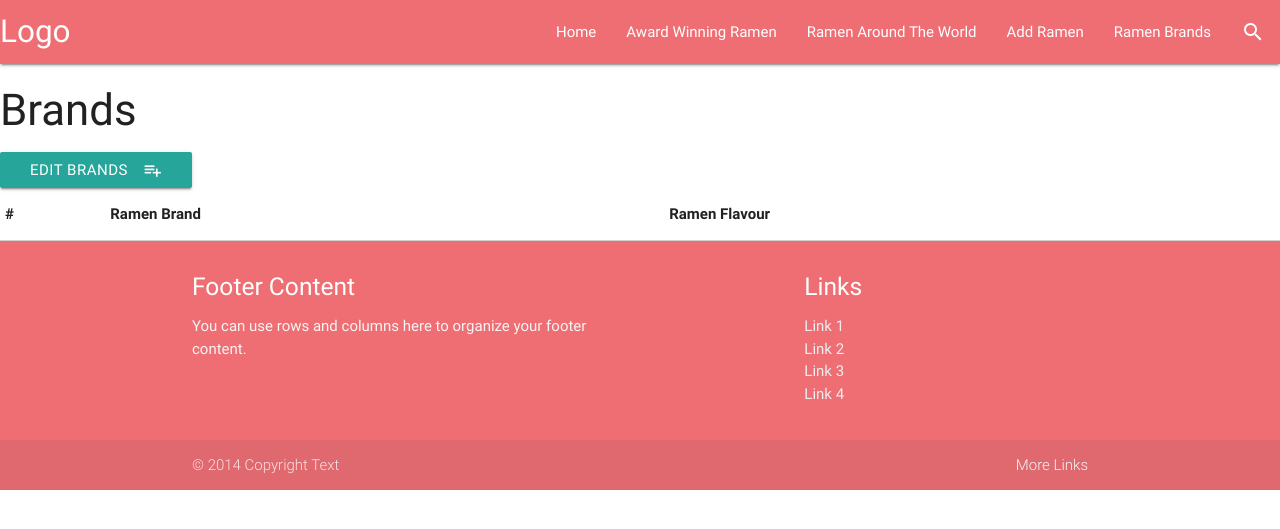
Repository: Paddlepop25/codeinstitute-insta-ramen
Page: templates/brands.html
The author's editor kept a record of every edit. The page is drawn from the files as they stood at one moment, then again after the next edit.
The browser window is 1280 px wide. The pictures show the whole page.
Some web libraries are served in a nearby version. The template is drawn by Flask 3. The application's start-up code is not run. Other server files are loaded and not shown. The template is opened directly, without the code that normally fills it, so the values that code supplies are empty.

Above is the page before.

### templates/brands.html
{% extends 'index.html'%} {% block content %}

<h3>Brands</h3>

<table>
  <thead>
    <th>#</th>
    <th>Ramen Brand</th>
    <th>Ramen Flavour</th>
    {% for brand in brands %}
    <tr>
      <td>{{ brand.Brand }}</td>
    </tr>
      {%- endfor %}

        <button class="btn waves-effect waves-light" type="submit" name="action">Edit Brands
        <i class="material-icons right">playlist_add</i>
      </button>

  </thead>
</table>
{% endblock %}

### templates/index.html
<!DOCTYPE html>
<html>

<head>
  <link href="https://fonts.googleapis.com/icon?family=Material+Icons" rel="stylesheet">
  <link rel="stylesheet" href="https://cdnjs.cloudflare.com/ajax/libs/materialize/0.100.2/css/materialize.min.css">
</head>

<body>
  <header>
    <nav>
      <div class="nav-wrapper">
        <a href="{{url_for('home_page')}}" class="brand-logo">Logo</a>
        <ul id="nav-mobile" class="right hide-on-med-and-down">
          <li><a href="{{url_for('home_page')}}">Home</a></li>
          <li><a href="{{url_for('award_winning')}}">Award Winning Ramen</a></li>
          <li><a href="{{url_for('get_ramen')}}">Ramen Around The World</a></li>
          <li><a href="{{url_for('add_ramen')}}">Add Ramen</a></li>
          <li><a href="{{url_for('get_brands')}}">Ramen Brands</a></li>
          <li><a href="sass.html"><i class="material-icons">search</i></a></li>
        </ul>
      </div>
    </nav>
  </header>
  {% block content %} {% endblock %}
  <footer class="page-footer">
          <div class="container">
            <div class="row">
              <div class="col l6 s12">
                <h5 class="white-text">Footer Content</h5>
                <p class="grey-text text-lighten-4">You can use rows and columns here to organize your footer content.</p>
              </div>
              <div class="col l4 offset-l2 s12">
                <h5 class="white-text">Links</h5>
                <ul>
                  <li><a class="grey-text text-lighten-3" href="#!">Link 1</a></li>
                  <li><a class="grey-text text-lighten-3" href="#!">Link 2</a></li>
                  <li><a class="grey-text text-lighten-3" href="#!">Link 3</a></li>
                  <li><a class="grey-text text-lighten-3" href="#!">Link 4</a></li>
                </ul>
              </div>
            </div>
          </div>
          <div class="footer-copyright">
            <div class="container">
            © 2014 Copyright Text
            <a class="grey-text text-lighten-4 right" href="#!">More Links</a>
            </div>
          </div>
        </footer>
  <script src="https://cdnjs.cloudflare.com/ajax/libs/jquery/3.2.1/jquery.min.js"></script>
  <script src="https://cdnjs.cloudflare.com/ajax/libs/materialize/0.100.2/js/materialize.min.js"></script>
  <!--<script type="text/javascript" src="./static/scripts/app.js"></script>-->
  <script type="text/javascript">
  $(document).ready(function(){
    $('select').material_select();
  });
  </script>
</body>

</html>

After the next edit:
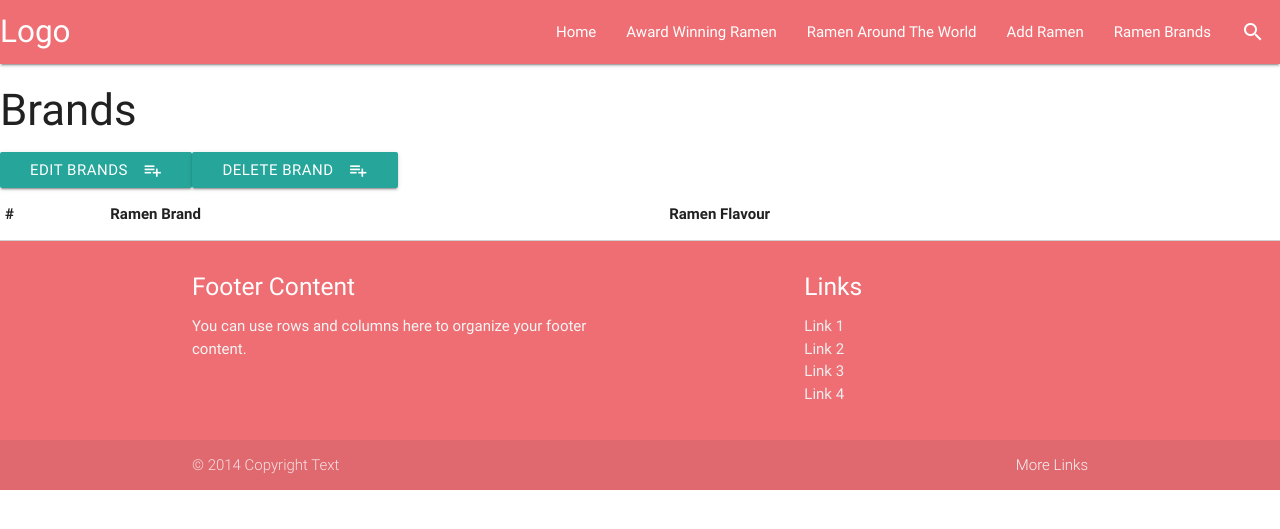
The edit:
--- a/templates/brands.html
+++ b/templates/brands.html
@@ -17,6 +17,10 @@
         <i class="material-icons right">playlist_add</i>
       </button>
 
+      <button class="btn waves-effect waves-light" type="submit" name="action">Delete Brand
+        <i class="material-icons right">playlist_add</i>
+      </button>
+
   </thead>
 </table>
 {% endblock %}
